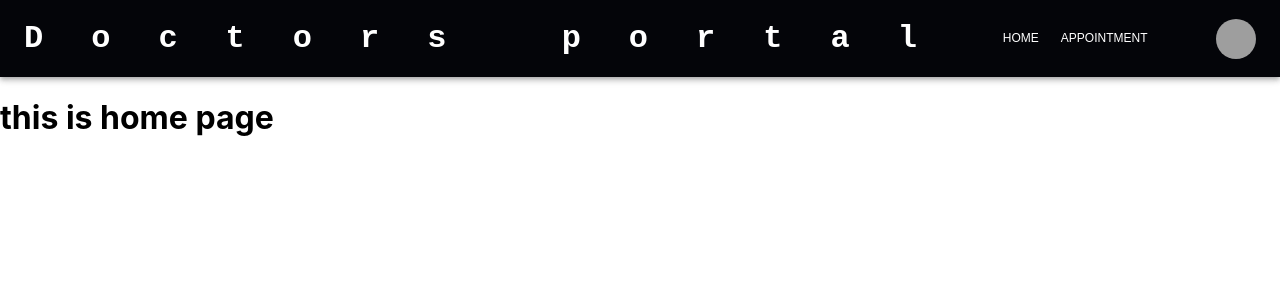
Repository: mdrubel02/health-care
Page: /
These files come from the project's save history. The page is drawn as it stood at one moment and after the next save; the edit follows.
The browser window is 1280 px wide. The pictures show the whole page.
Pictures or frames that could not be fetched are drawn as grey boxes. The project was rebuilt for these pictures with package versions that can differ from the ones it lists, and the page was loaded fresh each time. Also part of the build but not shown: src/Pages/Appointment/Appointment.js, src/Pages/Header/Header.css.

Above is the page before, as saved 2022-11-14 15:00:26.

After the next save:
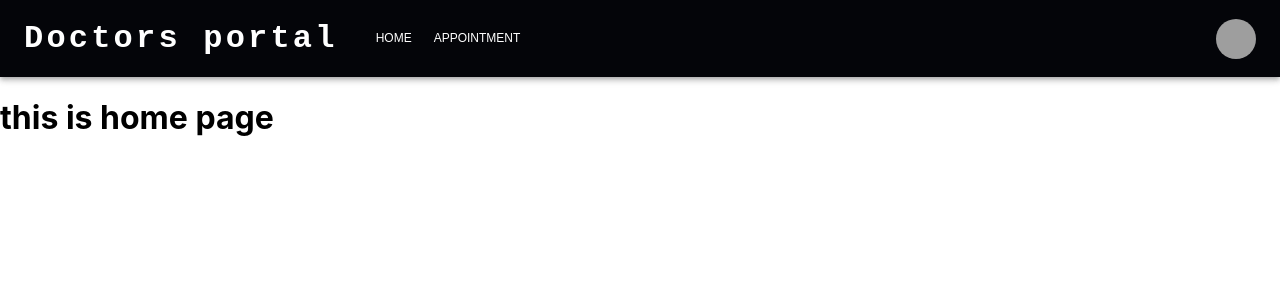
Saved 3 min 56 s later.
--- a/src/Theme/Theme.js
+++ b/src/Theme/Theme.js
@@ -225,7 +225,6 @@ export const themeSettings = (mode) => {
                 letterSpacing: '0rem',
                 '@media (min-width:600px)': {
                   fontSize: '2rem',
-                  letterSpacing: '3rem',
                 },
             },
             h4: {
